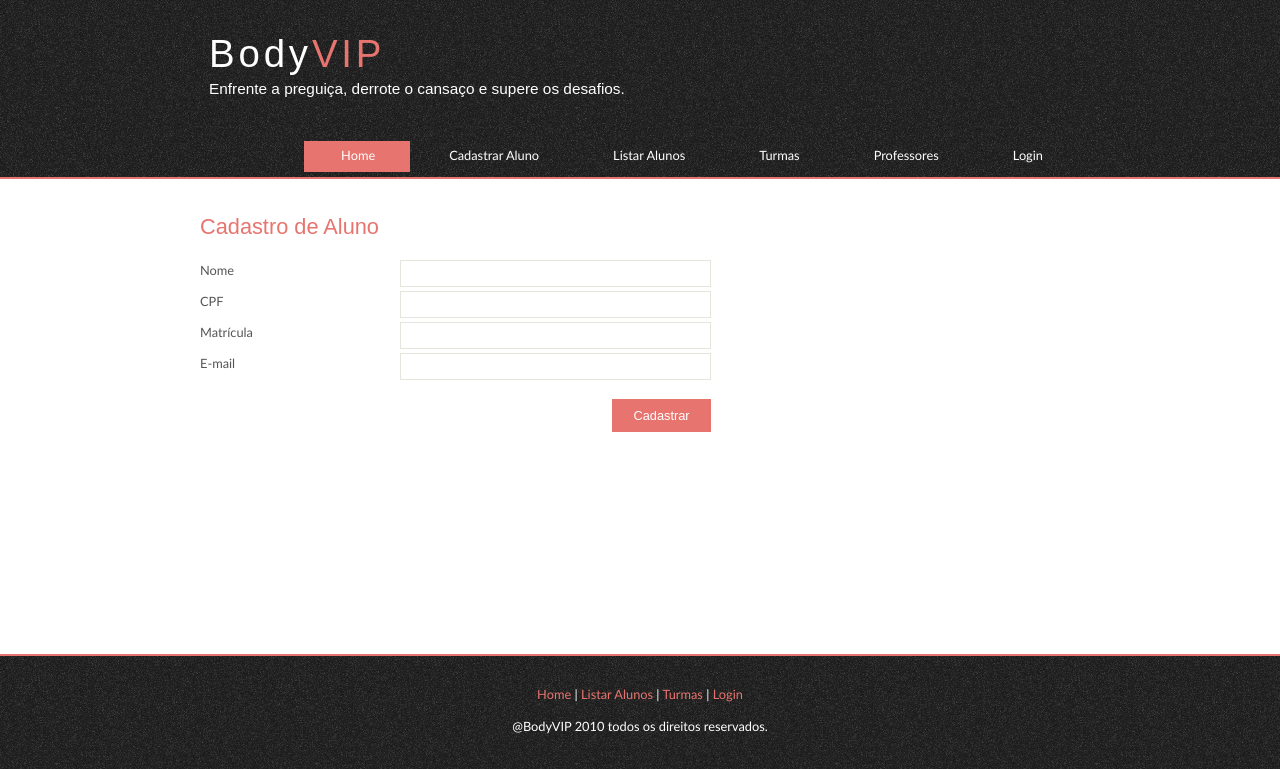
Repository: Thais-Ferreira/Projeto_bodyVIP
Page: http://localhost/BodyVIP/AlunoController?acao=cadastro
The author's editor kept a copy of each file at every save. The page is drawn from the files as they stood at one save, then again after the next save.
The browser window is 1280 px wide. The pictures show the whole page.
The page is served by Tomcat 9. Other server files are loaded and not shown.

Above is the page before, as saved 2017-06-19 01:06:46.

### BodyVIP/WebContent/cadastro.jsp
<%@ page language="java" contentType="text/html; charset=ISO-8859-1"
    pageEncoding="ISO-8859-1"%>
<!DOCTYPE html PUBLIC "-//W3C//DTD HTML 4.01 Transitional//EN" "http://www.w3.org/TR/html4/loose.dtd">
<html>
<head>
	<meta http-equiv="Content-Type" content="text/html; charset=ISO-8859-1">
	<link rel="stylesheet" type="text/css" href="css/style.css" />
	<title>Cadastro</title>
</head>
<body>
	<div id="main">
    <div id="header">
      <div id="logo">
        <div id="logo_text">
          <!-- class="logo_colour", allows you to change the colour of the text -->
          <h1><a href="index.html">Body<span class="logo_colour">VIP</span></a></h1>
          <h2>Enfrente a preguiça, derrote o cansaço e supere os desafios.</h2>
        </div>
      </div>
      <div id="menubar">
        <ul id="menu">
          <!-- put class="selected" in the li tag for the selected page - to highlight which page you're on -->
          <li class="selected"><a href="home.jsp">Home</a></li>
          <li><a href="AlunoController?acao=cadastro">Cadastrar Aluno</a></li>
          <li><a href="AlunoController?acao=buscaLista">Listar Alunos</a></li>
          <li><a href="page.html">Turmas</a></li>
          <li><a href="another_page.html">Professores</a></li>
          <li><a href="contact.html">Login</a></li>
        </ul>
      </div>
    </div>
    <div id="content_header"></div>
    <div id="site_content">
    <h1>Cadastro de Aluno</h1>
    <div class="form_settings">
    	<form action="SalvoCadastro.jsp" method="post">
            <p><span>Nome</span><input class="contact" type="text" name="nome"/></p>
            <p><span>CPF</span><input class="contact" type="text" name="cpf"/></p>
            <p><span>Matrícula</span><input class="contact" type="text" name="matricula"/></p>
            <p><span>E-mail</span><input class="contact" type="text" name="email"/></p>
            <p style="padding-top: 15px"><span>&nbsp;</span><input class="submit" type="submit" name="enviar" value="Cadastrar" /></p>
         </form>
    </div>
    </div>
    <br><br><br><br><br><br><br><br><br><br><br><br><br>
    <div id="content_footer"></div>
    <div id="footer">
      <p><a href="home.jsp">Home</a> | <a href="AlunoController?acao=buscaLista">Listar Alunos</a> | <a href="another_page.html">Turmas</a> | <a href="contact.html">Login</a></p>
      <p>@BodyVIP 2010 todos os direitos reservados.</p>
    </div>
    </div>
</body>
</html>

### BodyVIP/src/br/com/body/controller/AlunoController.java
package br.com.body.controller;

import java.io.IOException;
import java.io.PrintWriter;
import java.util.List;

import javax.servlet.RequestDispatcher;
import javax.servlet.ServletException;
import javax.servlet.annotation.WebServlet;
import javax.servlet.http.HttpServlet;
import javax.servlet.http.HttpServletRequest;
import javax.servlet.http.HttpServletResponse;

import br.com.body.entidade.Aluno;
import br.com.body.jdbc.AlunoDAO;

/**
 * Servlet implementation class AlunoController
 */
@WebServlet("/AlunoController")
public class AlunoController extends HttpServlet {
	private static final long serialVersionUID = 1L;

    /**
     * @see HttpServlet#HttpServlet()
     */
    public AlunoController() {
        super();
        // TODO Auto-generated constructor stub
    }

	/**
	 * @see HttpServlet#doGet(HttpServletRequest request, HttpServletResponse response)
	 */
	protected void doGet(HttpServletRequest request, HttpServletResponse response) throws ServletException, IOException {

		Aluno aluno = new Aluno();
		String acao = request.getParameter("acao");
		AlunoDAO alunoDAO = new AlunoDAO();

		if(acao != null && acao.equals("buscaLista")) {
			List<Aluno> listaAlunos = alunoDAO.buscaListaAlunos(aluno);

			request.setAttribute("listaAlunos", listaAlunos);
			RequestDispatcher destino = request.getRequestDispatcher("listaAlunos.jsp");
			destino.forward(request, response);

		} else if(acao != null && acao.equals("deletaCadastro")) {
			String matricula = request.getParameter("matricula");
			aluno.setMatricula(matricula);
			alunoDAO.deletaCadastroAluno(aluno);

			response.sendRedirect("AlunoController?acao=buscaLista");

		} else if(acao != null && acao.endsWith("alteraCadastro")) {
			String matricula = request.getParameter("matricula");
			Aluno alu = alunoDAO.buscaAluno(matricula);
			request.setAttribute("alu", alu);
			request.getRequestDispatcher("AlterarCadastro.jsp").forward(request, response);

		} else if(acao != null && acao.endsWith("cadastro")) {
			RequestDispatcher destino = request.getRequestDispatcher("cadastro.jsp");
			destino.forward(request, response);
		}

	}

	/**
	 * @see HttpServlet#doPost(HttpServletRequest request, HttpServletResponse response)
	 */
	protected void doPost(HttpServletRequest request, HttpServletResponse response) throws ServletException, IOException {
		//capturando parâmetros da tela
		String nome = request.getParameter("nome");
		String matricula = request.getParameter("matricula");
		String email = request.getParameter("email");

		//criando objeto aluno e atribuindo valores da tela
		Aluno aluno = new Aluno();
		aluno.setNome(nome);
		aluno.setEmail(email);
		aluno.setMatricula(matricula);

		//criando um alunoDAO
		AlunoDAO alunoDAO = new AlunoDAO();

		//salvando no banco de dados
		alunoDAO.alteraCadastroAluno(aluno);
		//PrintWriter out = response.getWriter();
		//out.println("Salvo!");
		response.sendRedirect("AlunoController?acao=buscaLista");
	}

}

### BodyVIP/src/br/com/body/entidade/Aluno.java
package br.com.body.entidade;

import java.sql.Date;

/**
 * Classe que representa um aluno.
 *
 * @author Thaís
 *
 */
public class Aluno {

	private Integer id;
	private String nome;
	private String cpf;
	private String matricula;
	private String email;
	private Date dataMatricula;

	public Integer getId() {
		return id;
	}

	public void setId(Integer id) {
		this.id = id;
	}

	public String getNome() {
		return nome;
	}

	public void setNome(String nome) {
		this.nome = nome;
	}

	public String getCpf() {
		return cpf;
	}

	public void setCpf(String cpf) {
		this.cpf = cpf;
	}
	public String getMatricula() {
		return matricula;
	}

	public void setMatricula(String matricula) {
		this.matricula = matricula;
	}

	public String getEmail() {
		return email;
	}

	public void setEmail(String email) {
		this.email = email;
	}

	public Date getDataMatricula() {
		return dataMatricula;
	}

	public void setDataMatricula(Date dataMatricula) {
		this.dataMatricula = dataMatricula;
	}


}

### BodyVIP/src/br/com/body/jdbc/AlunoDAO.java
package br.com.body.jdbc;

import java.sql.Connection;
import java.sql.PreparedStatement;
import java.sql.ResultSet;
import java.sql.SQLException;
import java.util.ArrayList;
import java.util.List;

import br.com.body.entidade.Aluno;

/**
 * Classe responsável por cadastrar, excluir, alterar e mostrar os dados de alunos através
 * de uma connexão com o banco de dados.
 *
 * @author Thaís
 *
 */
public class AlunoDAO {

	private Connection conexao = Conexao.getConnection();

	/**
	 * Método que cadastra um aluno no banco de dados.
	 */
	public void cadastroAluno(Aluno aluno) {

		String sql = "INSERT INTO aluno (nome,cpf,matricula,email,datamatricula) VALUES (?,?,?,?,?)";

		try {
			PreparedStatement preparador = conexao.prepareStatement(sql);

			preparador.setString(1, aluno.getNome());
			preparador.setString(2, aluno.getCpf());
			preparador.setString(3, aluno.getMatricula());
			preparador.setString(4, aluno.getEmail());
			preparador.setDate(5, aluno.getDataMatricula());

			preparador.execute();
			preparador.close();

			System.out.println("Aluno cadastrado com sucesso!");
		} catch (SQLException e) {
			System.out.println("Erro - " + e.getMessage());
		}

	}

	/**
	 * Método que altera o cadastro de um aluno no banco de dados.
	 */
	public void alteraCadastroAluno(Aluno aluno) {

		String sql = "UPDATE aluno SET nome = ?, email = ? WHERE matricula = ?";

		try {
			PreparedStatement preparador = conexao.prepareStatement(sql);

			preparador.setString(1, aluno.getNome());
			preparador.setString(2, aluno.getEmail());
			preparador.setString(3, aluno.getMatricula());

			preparador.execute();
			preparador.close();

			System.out.println("Cadastro alterado com sucesso!");
		} catch (SQLException e) {
			System.out.println("Erro - " + e.getMessage());
		}

	}

	/**
	 * Método que deleta o cadastro de um aluno do banco de dados.
	 */
	public void deletaCadastroAluno(Aluno aluno) {

		String sql = "DELETE FROM aluno WHERE matricula = ?";

		try {
			PreparedStatement preparador = conexao.prepareStatement(sql);

			preparador.setString(1, aluno.getMatricula());


			preparador.execute();
			preparador.close();

			System.out.println("Cadastro deletado com sucesso!");
		} catch (SQLException e) {
			System.out.println("Erro - " + e.getMessage());
		}

	}

	/**
	 * Método que retorna uma lista com os alunos cadastrados no banco de dados.
	 */
	public List<Aluno> buscaListaAlunos(Aluno aluno) {

		String sql = "SELECT * FROM aluno";
		List<Aluno> listaAlunos = new ArrayList<>();

		try {
			PreparedStatement preparador = conexao.prepareStatement(sql);
			ResultSet resultados = preparador.executeQuery();

			while(resultados.next()) {
				Aluno alu = new Aluno();
				alu.setId(resultados.getInt("id"));
				alu.setNome(resultados.getString("nome"));
				alu.setCpf(resultados.getString("cpf"));
				alu.setMatricula(resultados.getString("matricula"));
				alu.setEmail(resultados.getString("email"));
				alu.setDataMatricula(resultados.getDate("datamatricula"));

				listaAlunos.add(alu);

			}
		} catch (SQLException e) {
			System.out.println("Erro - " + e.getMessage());
		}

		return listaAlunos;

	}

	public Aluno buscaAluno(String matricula) {
		Aluno aluno = null;
		String sql = "SELECT * FROM aluno WHERE matricula = ?";

		try {
			PreparedStatement preparador = conexao.prepareStatement(sql);
			preparador.setString(1, matricula);

			ResultSet resultado = preparador.executeQuery();
			if(resultado.next()) {
				aluno = new Aluno();
				aluno.setId(resultado.getInt("id"));
				aluno.setNome(resultado.getString("nome"));
				aluno.setCpf(resultado.getString("cpf"));
				aluno.setMatricula(resultado.getString("matricula"));
				aluno.setEmail(resultado.getString("email"));
			}
			System.out.println("Aluno encontrado com sucesso!");
		} catch (SQLException e) {
			System.out.println("Erro - " + e.getMessage());
		}

		return aluno;
	}

}

### BodyVIP/src/br/com/body/jdbc/Conexao.java
package br.com.body.jdbc;

import java.sql.Connection;
import java.sql.DriverManager;
import java.sql.SQLException;

/**
 * Classe que estabelece a conexão com o banco de dados.
 *
 * @author Thaís
 *
 */
public class Conexao {

	/**
	 * Método que retorna uma conexão com o banco de dados.
	 */
	public static Connection getConnection() {

		 Connection conexao = null;

		 try {
			Class.forName("org.postgresql.Driver");
			conexao = DriverManager.getConnection("jdbc:postgresql://localhost:5432/BodyVIP","postgres","k0rr4");
			System.out.println("Conectado com sucesso!");
		} catch (SQLException e) {
			System.out.println("Erro - Conexão " + e.getMessage());
		} catch (ClassNotFoundException e) {
			System.out.println("Erro - Driver " + e.getMessage());
		}

		 return conexao;

	}

}

### BodyVIP/WebContent/css/style.css
@CHARSET "ISO-8859-1";

html
{ height: 100%;}

*
{ margin: 0;
  padding: 0;}

body
{ font: normal .80em 'trebuchet ms', arial, sans-serif;
  background: #FFF;
  color: #555;}

p
{ padding: 0 0 20px 0;
  line-height: 1.7em;}

img
{ border: 0;}

h1, h2, h3, h4, h5, h6
{ color: #E7746F;
  letter-spacing: 0em;
  padding: 0 0 5px 0;}

h1, h2, h3
{ font: normal 170% 'century gothic', arial;
  margin: 0 0 15px 0;
  padding: 15px 0 5px 0;}

h2
{ font-size: 160%;
  padding: 9px 0 5px 0;}

h3
{ font-size: 140%;
  padding: 5px 0 0 0;}

h4, h6
{ color: #009FBC;
  padding: 0 0 5px 0;
  font: normal 110% arial;
  text-transform: uppercase;}

h5, h6
{ color: #888;
  font: normal 95% arial;
  letter-spacing: normal;
  padding: 0 0 15px 0;}

a, a:hover
{ outline: none;
  text-decoration: underline;
  color: #009FBC;}

a:hover
{ text-decoration: none;}

blockquote
{ margin: 20px 0;
  padding: 10px 20px 0 20px;
  border: 1px solid #E5E5DB;
  background: #FFF;}

ul
{ margin: 2px 0 22px 17px;}

ul li
{ list-style-type: circle;
  margin: 0 0 6px 0;
  padding: 0 0 4px 5px;
  line-height: 1.5em;}

ol
{ margin: 8px 0 22px 20px;}

ol li
{ margin: 0 0 11px 0;}

.left
{ float: left;
  width: auto;
  margin-right: 10px;}

.right
{ float: right;
  width: auto;
  margin-left: 10px;}

.center
{ display: block;
  text-align: center;
  margin: 20px auto;}

#main, #logo, #menubar, #site_content, #footer
{ margin-left: auto;
  margin-right: auto;}

#header
{ background: #1d1d1d url(../imagens/pattern.png) repeat;
  border-bottom: 2px solid #E7746F;
  height: 177px;}

#banner
{ background: transparent url(../imagens/banner.jpg) no-repeat;
  width: 870px;
  height: 180px;
  margin-bottom: 20px;
  border: 5px solid #E7746F;}

#logo
{ width: 880px;
  position: relative;
  height: 140px;
  background: transparent;}

#logo #logo_text
{ position: absolute;
  top: 10px;
  left: 0;}

#logo h1, #logo h2
{ font: normal 300% 'century gothic', arial, sans-serif;
  border-bottom: 0;
  text-transform: none;
  margin: 0 0 0 9px;}

#logo_text h1, #logo_text h1 a, #logo_text h1 a:hover
{ padding: 22px 0 0 0;
  color: #FFF;
  letter-spacing: 0.1em;
  text-decoration: none;}

#logo_text h1 a .logo_colour
{ color: #E7746F;}

#logo_text a:hover .logo_colour
{ color: #FFF;}

#logo_text h2
{ font-size: 120%;
  padding: 4px 0 0 0;
  color: #FFF;}

#menubar
{ width: 880px;
  height: 46px;}

ul#menu
{ float: right;
  margin: 0;}

ul#menu li
{ float: left;
  padding: 0 0 0 9px;
  list-style: none;
  margin: 1px 2px 0 0;
  background: transparent;}

ul#menu li a
{ font: normal 100% 'trebuchet ms', sans-serif;
  display: block;
  float: left;
  height: 20px;
  padding: 6px 35px 5px 28px;
  text-align: center;
  color: #FFF;
  text-decoration: none;
  background: transparent;}

ul#menu li.selected a
{ height: 20px;
  padding: 6px 35px 5px 28px;}

ul#menu li.selected
{ margin: 1px 2px 0 0;
  background: #E7746F;}

ul#menu li.selected a, ul#menu li.selected a:hover
{ background: #E7746F;
  color: #FFF;}

ul#menu li a:hover
{ color: #FFF;
  background: #E7746F;}

#site_content
{ width: 880px;
  overflow: hidden;
  margin: 20px auto 0 auto;
  padding: 0 0 10px 0;}

#sidebar_container
{ float: right;
  width: 224px;}

.sidebar_top
{ width: 222px;
  height: 14px;
  background: transparent url(../imagens/side_top.png) no-repeat;}

.sidebar_base
{ width: 222px;
  height: 14px;
  background: url(../imagens/side_base.png) no-repeat;}

.sidebar
{ float: right;
  width: 222px;
  padding: 0;
  margin: 0 0 16px 0;}

.sidebar_item
{ background: url(../imagens/side_back.png) repeat-y;
  padding: 0 15px;
  width: 192px;}

.sidebar li a.selected
{ color: #444;}

.sidebar ul
{ margin: 0;}

#content
{ text-align: left;
  width: 620px;
  padding: 0 0 0 5px;
  float: left;}

#content ul
{ margin: 2px 0 22px 0px;}

#content ul li, .sidebar ul li
{ list-style-type: none;
  background: url(../imagens/bullet.png) no-repeat;
  margin: 0 0 0 0;
  padding: 0 0 4px 25px;
  line-height: 1.5em;}

#footer
{ width: 100%;
  font-family: 'trebuchet ms', sans-serif;
  font-size: 100%;
  height: 80px;
  padding: 28px 0 5px 0;
  text-align: center;
  background: transparent url(../imagens/pattern.png) repeat;
  border-top: 2px solid #E7746F;
  color: #FFF;}

#footer p
{ line-height: 1.7em;
  padding: 0 0 10px 0;}

#footer a
{ color: #E7746F;
  text-decoration: none;}

#footer a:hover
{ color: #FFF;
  text-decoration: none;}

.search
{ color: #5D5D5D;
  border: 1px solid #BBB;
  width: 134px;
  padding: 4px;
  font: 100% arial, sans-serif;}

.form_settings
{ margin: 15px 0 0 0;}

.form_settings p
{ padding: 0 0 4px 0;}

.form_settings span
{ float: left;
  width: 200px;
  text-align: left;}

.form_settings input, .form_settings textarea
{ padding: 5px;
  width: 299px;
  font: 100% arial;
  border: 1px solid #E5E5DB;
  background: #FFF;
  color: #47433F;}

.form_settings .submit
{ font: 100% arial;
  border: 0;
  width: 99px;
  margin: 0 0 0 212px;
  height: 33px;
  padding: 2px 0 3px 0;
  cursor: pointer;
  background: #E7746F;
  color: #FFF;}

.form_settings textarea, .form_settings select
{ font: 100% arial;
  width: 299px;}

.form_settings select
{ width: 310px;}

.form_settings .checkbox
{ margin: 4px 0;
  padding: 0;
  width: 14px;
  border: 0;
  background: none;}

.separator
{ width: 100%;
  height: 0;
  border-top: 1px solid #D9D5CF;
  border-bottom: 1px solid #FFF;
  margin: 0 0 20px 0;}

table
{ margin: 10px 0 30px 0;}

table tr th, table tr td
{ background: #E5E5DB;
  color: #47433F;
  padding: 7px 4px;
  text-align: left;}

table tr td
{ background: #E5E5DB;
  color: #47433F;
  border-top: 1px solid #FFF;}

After the next save:
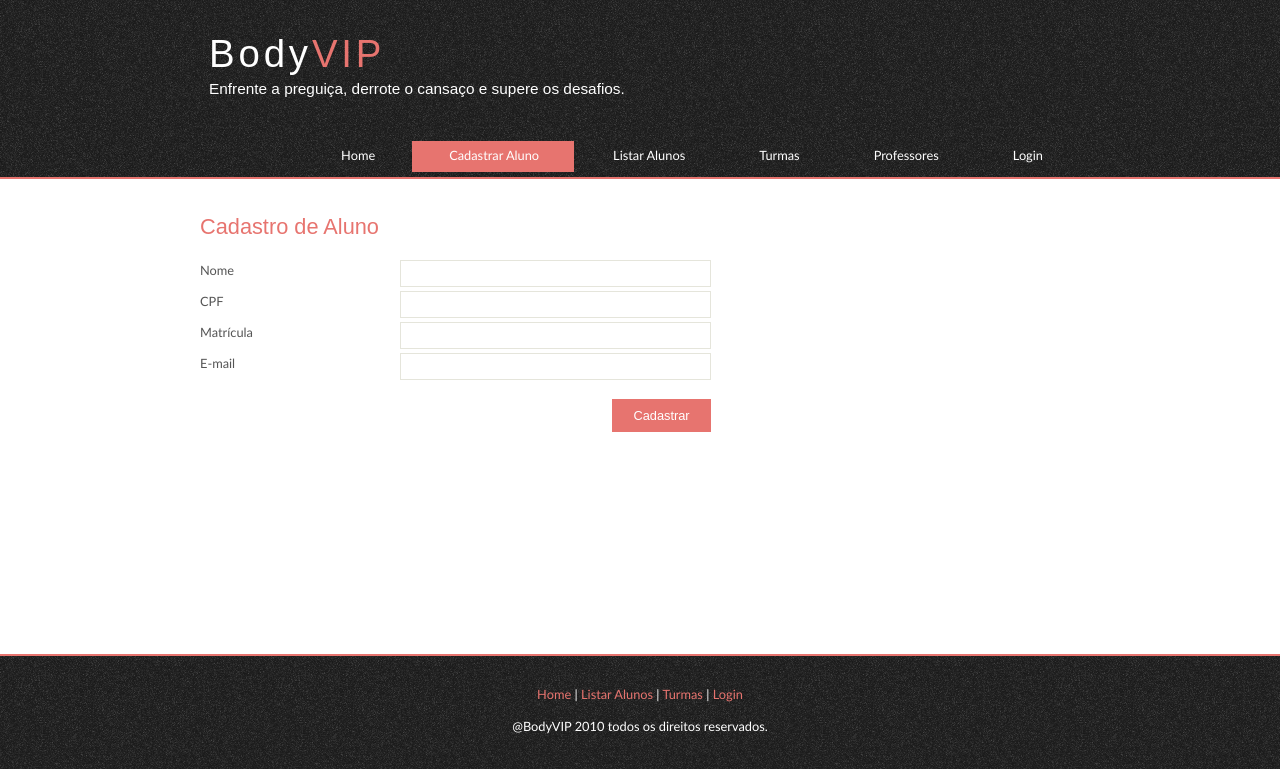
Saved 2 min 12 s later.
--- a/BodyVIP/WebContent/cadastro.jsp
+++ b/BodyVIP/WebContent/cadastro.jsp
@@ -20,8 +20,8 @@
       <div id="menubar">
         <ul id="menu">
           <!-- put class="selected" in the li tag for the selected page - to highlight which page you're on -->
-          <li class="selected"><a href="home.jsp">Home</a></li>
-          <li><a href="AlunoController?acao=cadastro">Cadastrar Aluno</a></li>
+          <li><a href="home.jsp">Home</a></li>
+          <li class="selected"><a href="AlunoController?acao=cadastro">Cadastrar Aluno</a></li>
           <li><a href="AlunoController?acao=buscaLista">Listar Alunos</a></li>
           <li><a href="page.html">Turmas</a></li>
           <li><a href="another_page.html">Professores</a></li>
